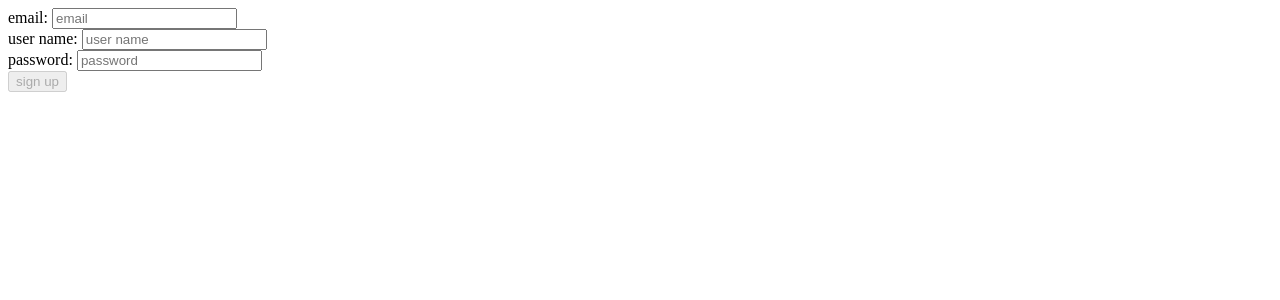
Repository: UnforgivenZZZ/bulldog
Page: http://localhost/bulldog/regist.jsp
The author's editor kept a copy of each file at every save. The page is drawn from the files as they stood at one save, then again after the next save.
The browser window is 1280 px wide. The pictures show the whole page.
The page is served by Tomcat 9.

Above is the page before, as saved 2017-07-08 20:07:17.

After the next save:
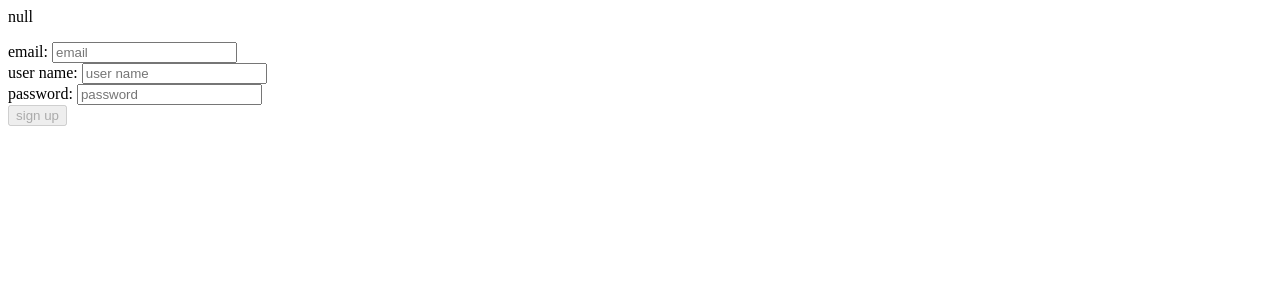
Saved 10 min 13 s later.
--- a/bulldog/WebContent/regist.jsp
+++ b/bulldog/WebContent/regist.jsp
@@ -8,7 +8,9 @@
 </head>
 <body>
 
-<%=session.getAttribute("err") == null ? "" : (String) session.getAttribute("err") %>
+<% if( session.getAttribute("err") != null)
+		%> <p style="color:red;"> <%=(String) session.getAttribute("err")%></p>
+
 <form action="register" method="post" name="signform">
 
 email:  <input id="email" type="text" placeholder="email" name="contact" onKeyup="checkform()"><br>
